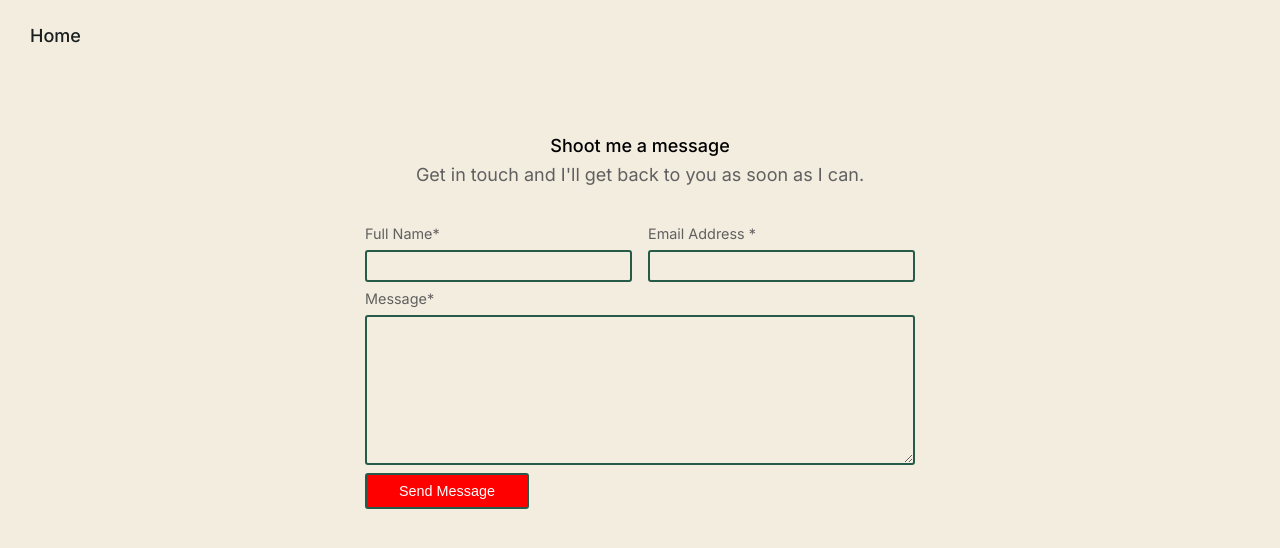
Repository: David-Waite/David-Waite-Portfolio
Page: /contact
These files come from the project's save history. The page is drawn as it stood at one moment and after a run of saves; the edit follows.
The browser window is 1280 px wide. The pictures show the whole page.
The project was rebuilt for these pictures with package versions that can differ from the ones it lists, and the page was loaded fresh each time. The framework's server and built-in components were replaced by stand-ins that run in the browser. Also part of the build but not shown: next.config.js, app/components/Nav/NavButton/navButton.module.css, app/components/Nav/NavButton/NavButton.tsx.

Above is the page before, as saved 2023-07-26 20:16:40.

After the next 9 saves:
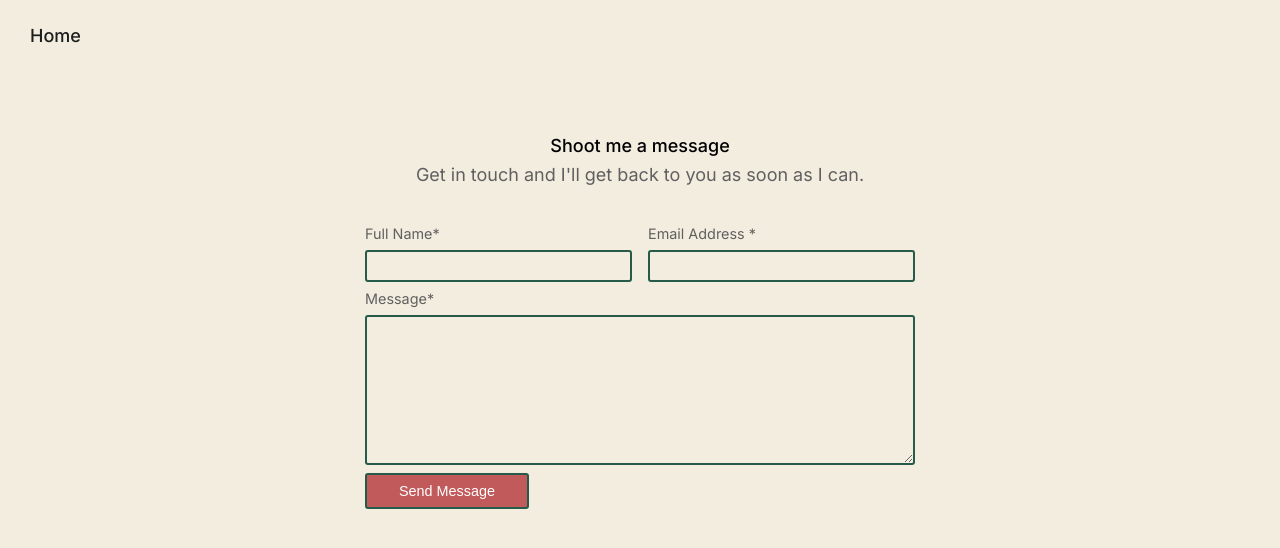
The 9 saves are shown as one change because they came seconds apart.
The last was saved 21 s later.
--- a/app/globals.css
+++ b/app/globals.css
@@ -4,7 +4,7 @@
   --background: #f3eddf;
   --white: #ffffff;
   --grey: #606060;
-  --error: red;
+  --error: rgb(193, 90, 90);
 }
 
 .paragraph {
